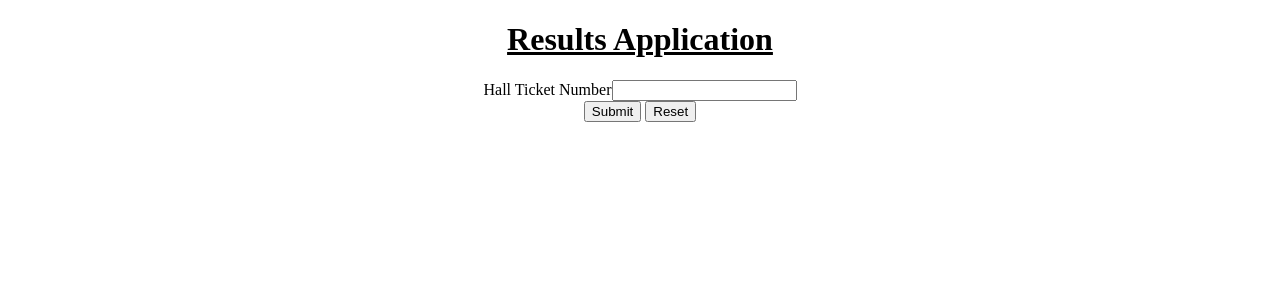
Repository: venugopalakrishnamylavarapu/Naresh-It-Full-Stack-java-Developer
Page: Advanced Java/Coding/Results(MVC)/src/main/webapp/results.html
These files come from the project's save history. The page is drawn as it stood at one moment and after the next save; the edit follows.
The browser window is 1280 px wide. The pictures show the whole page.

Above is the page before, as saved 2023-03-23 15:14:34.

### Advanced Java/Coding/Results(MVC)/src/main/webapp/results.html
<!DOCTYPE html>
<html>
<head>
<meta charset="ISO-8859-1">
<title>Insert title here</title>
</head>
<body>
<center>
<h1><u>Results Application</u></h1>
<form action=results>
Hall Ticket Number<input type=text name=hno><br>
<input type=submit>&nbsp;<input type=reset>
</form>
</center>
</body>
</html>

After the next save:
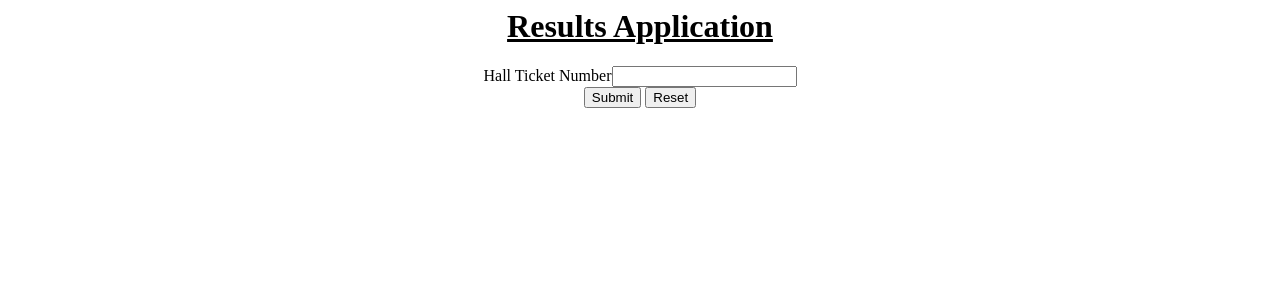
Saved 8 s later.
--- a/Advanced Java/Coding/Results(MVC)/src/main/webapp/results.html
+++ b/Advanced Java/Coding/Results(MVC)/src/main/webapp/results.html
@@ -1,9 +1,4 @@
-<!DOCTYPE html>
 <html>
-<head>
-<meta charset="ISO-8859-1">
-<title>Insert title here</title>
-</head>
 <body>
 <center>
 <h1><u>Results Application</u></h1>
